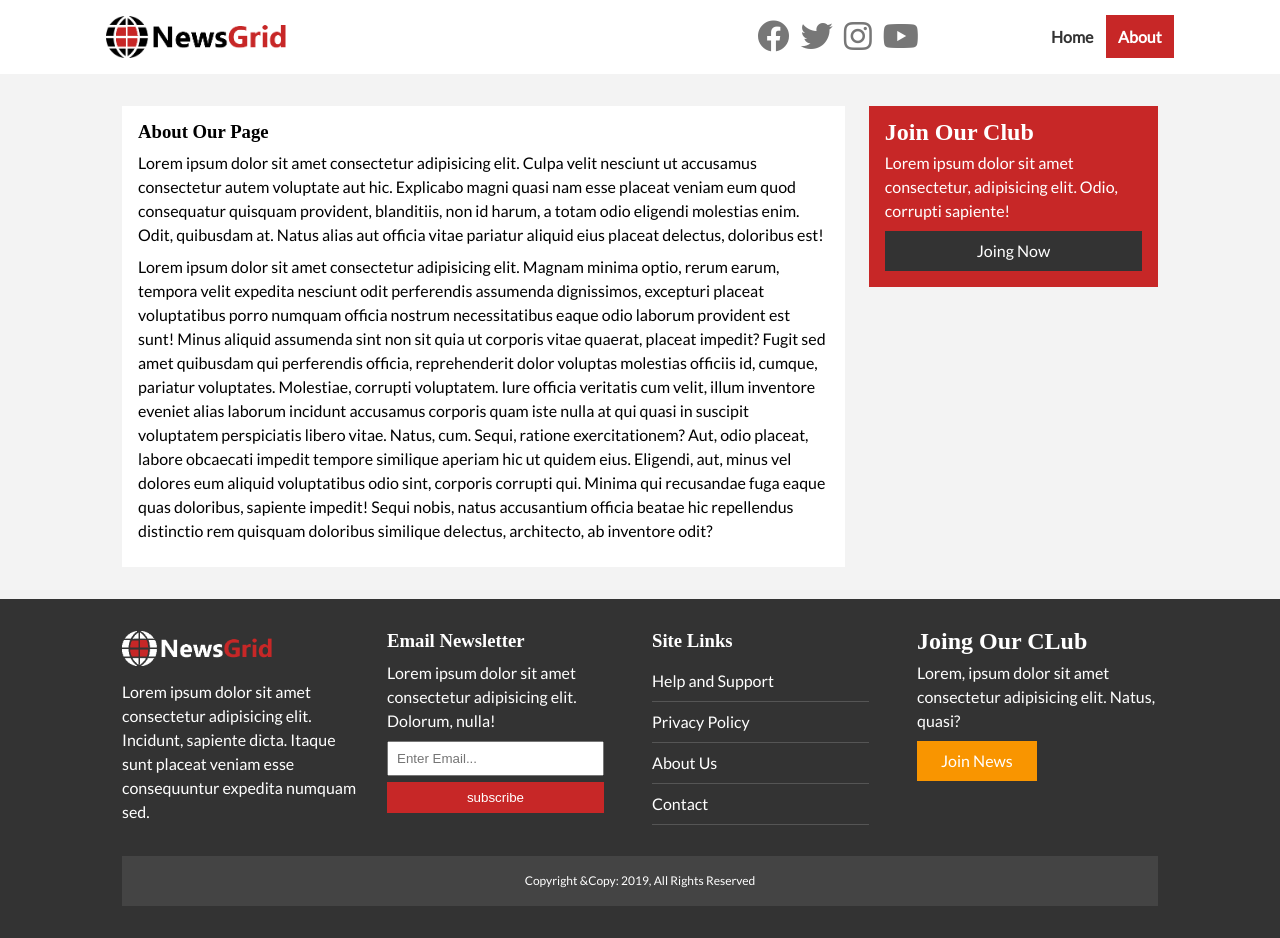
Repository: EswinGiova/NewsGrid
Page: about.html
The author's editor kept a copy of each file at every save. The page is drawn from the files as they stood at one save, then again after the next save.
The browser window is 1280 px wide. The pictures show the whole page.
Some web libraries are served in a nearby version.

Above is the page before, as saved 2020-09-20 19:28:06.

### about.html
<!DOCTYPE html>
<html lang="en">
  <head>
    <meta charset="UTF-8" />
    <meta name="viewport" content="width=device-width, initial-scale=1.0" />
    <link rel="shortcut icon" type="image/x-icon" href="favicon.ico" />
    <link
      href="https://fonts.googleapis.com/css2?family=Lato&family=Staatliches&display=swap"
      rel="stylesheet"
    />
    <link rel="stylesheet" href="./css/style.css" />
    <link
      rel="stylesheet"
      media="screen and (max-width: 768px)"
      href="./css/mobile.css"
    />

    <link
      rel="stylesheet"
      href="https://cdnjs.cloudflare.com/ajax/libs/font-awesome/5.14.0/css/all.min.css"
      integrity="sha512-1PKOgIY59xJ8Co8+NE6FZ+LOAZKjy+KY8iq0G4B3CyeY6wYHN3yt9PW0XpSriVlkMXe40PTKnXrLnZ9+fkDaog=="
      crossorigin="anonymous"
    />

    <title>NewsGrid | Latest News</title>
  </head>
  <body>
    <nav id="main-nav">
      <div class="container">
        <img src="./image_resources/logo.png" alt="" class="logo" />
        <div class="social">
          <a href="#" target="_blank"><i class="fab fa-facebook fa-2x"></i></a>
          <a href="#" target="_blank"><i class="fab fa-twitter fa-2x"></i></a>
          <a href="#" target="_blank"><i class="fab fa-instagram fa-2x"></i></a>
          <a href="#" target="_blank"><i class="fab fa-youtube fa-2x"></i></a>
        </div>
        <ul>
          <li><a href="./index.html">Home</a></li>
          <li><a href="./about.html" class="current">About </a></li>
        </ul>
      </div>
    </nav>

    <section id="about">
      <div class="container">
        <div class="page-container">
          <article class="card">
            <h1 class="l-heading">About Our Page</h1>
            <p>
              Lorem ipsum dolor sit amet consectetur adipisicing elit. Culpa
              velit nesciunt ut accusamus consectetur autem voluptate aut hic.
              Explicabo magni quasi nam esse placeat veniam eum quod consequatur
              quisquam provident, blanditiis, non id harum, a totam odio
              eligendi molestias enim. Odit, quibusdam at. Natus alias aut
              officia vitae pariatur aliquid eius placeat delectus, doloribus
              est!
            </p>
            <p>
              Lorem ipsum dolor sit amet consectetur adipisicing elit. Magnam
              minima optio, rerum earum, tempora velit expedita nesciunt odit
              perferendis assumenda dignissimos, excepturi placeat voluptatibus
              porro numquam officia nostrum necessitatibus eaque odio laborum
              provident est sunt! Minus aliquid assumenda sint non sit quia ut
              corporis vitae quaerat, placeat impedit? Fugit sed amet quibusdam
              qui perferendis officia, reprehenderit dolor voluptas molestias
              officiis id, cumque, pariatur voluptates. Molestiae, corrupti
              voluptatem. Iure officia veritatis cum velit, illum inventore
              eveniet alias laborum incidunt accusamus corporis quam iste nulla
              at qui quasi in suscipit voluptatem perspiciatis libero vitae.
              Natus, cum. Sequi, ratione exercitationem? Aut, odio placeat,
              labore obcaecati impedit tempore similique aperiam hic ut quidem
              eius. Eligendi, aut, minus vel dolores eum aliquid voluptatibus
              odio sint, corporis corrupti qui. Minima qui recusandae fuga eaque
              quas doloribus, sapiente impedit! Sequi nobis, natus accusantium
              officia beatae hic repellendus distinctio rem quisquam doloribus
              similique delectus, architecto, ab inventore odit?
            </p>
          </article>

          <aside class="card bg-primary">
            <h2>Join Our Club</h2>
            <p>
              Lorem ipsum dolor sit amet consectetur, adipisicing elit. Odio,
              corrupti sapiente!
            </p>
            <a href="#" class="btn btn-dark btn-block">Joing Now</a>
          </aside>
        </div>
      </div>
    </section>

    <!-- footer -->
    <footer id="main-footer" class="py-2">
      <div class="container footer-container">
        <div>
          <img src="./image_resources/logo_light.png" alt="news" />
          <p>
            Lorem ipsum dolor sit amet consectetur adipisicing elit. Incidunt,
            sapiente dicta. Itaque sunt placeat veniam esse consequuntur
            expedita numquam sed.
          </p>
        </div>
        <div>
          <h3>Email Newsletter</h3>
          <p>
            Lorem ipsum dolor sit amet consectetur adipisicing elit. Dolorum,
            nulla!
          </p>
          <form>
            <input type="email" placeholder="Enter Email..." />
            <input type="submit" value="subscribe" class="btn btn-primary" />
          </form>
        </div>
        <div>
          <h3>Site Links</h3>
          <ul class="list">
            <li><a href="#">Help and Support</a></li>
            <li><a href="#">Privacy Policy</a></li>
            <li><a href="#">About Us</a></li>
            <li><a href="#">Contact</a></li>
          </ul>
        </div>
        <div>
          <h2>Joing Our CLub</h2>
          <p>
            Lorem, ipsum dolor sit amet consectetur adipisicing elit. Natus,
            quasi?
          </p>
          <a href="#" class="btn btn-secondary">Join News</a>
        </div>
        <div>
          <p>Copyright &Copy: 2019, All Rights Reserved</p>
        </div>
      </div>
    </footer>
  </body>
</html>

### css/style.css
:root {
  --primary-color: #c72727;
  --secondary-color: #f99500;
  --light-color: #f3f3f3;
  --dark-color: #333;
  --max-width: 1100px;
}

.category {
  --sports-color: #f99500;
  --ent-color: #a66bbe;
  --tech-color: #009cff;
}
* {
  margin: 0;
  padding: 0;
  box-sizing: border-box;
}
body {
  font-family: 'Lato', sans-serif;
  line-height: 1.5;
  background: var(--light-color);
}

a {
  color: var(--dark-color);
  text-decoration: none;
}

ul {
  list-style: none;
}
p {
  margin: 0.5rem 0;
}

img {
  width: 100%;
}

h1,
h2,
h3,
h4,
h5,
h6 {
  font-family: 'Staaliches', cursive;
  margin-bottom: 0.55rem;
  line-height: 1.3rem;
}

/*  utility class */

.container {
  max-width: var(--max-width);
  margin: auto;
  padding: 0 2rem;
  overflow: hidden;
}

/* category */

.category {
  display: inline-block;
  color: #fff;
  font-size: 0.55rem;
  text-transform: uppercase;
  padding: 0.4rem 0.6rem;
  border-radius: 15px;
  margin-bottom: 0.5rem;
}

.category-sports {
  background: var(--sports-color);
}
.category-ent {
  background: var(--ent-color);
}
.category-tech {
  background: var(--tech-color);
}

/* btn */

.btn {
  display: inline-block;
  border: none;
  background: var(--dark-color);
  color: #fff;
  padding: 0.5rem 1.5rem;
}

.btn-light {
  background: var(--light-color);
}
.btn-primary {
  background: var(--primary-color);
}
.btn-secondary {
  background: var(--secondary-color);
}
.btn:hover {
  opacity: 0.8;
}

.btn-block {
  display: block;
  width: 100%;
  text-align: center;
}

/* cards */

.card {
  background: white;
  padding: 1rem;
}

.bg-dark {
  background: var(--dark-color);
  color: white;
}
.bg-primary {
  background: var(--primary-color);
  color: white;
}
.bg-secondary {
  background: var(--secondary-color);
  color: #fff;
}
.py-1 {
  padding: 1.5rem 0;
}
.py-2 {
  padding: 2rem 0;
}
.py-3 {
  padding: 3rem 0;
}
.p-1 {
  padding: 1.5rem;
}
.p-2 {
  padding: 2rem;
}
.p-3 {
  padding: 3rem;
}

.bg-dark h1,
.bg-dark h2,
.bg-dark h3,
.bg-dark a,
.bg-primary h1,
.bg-primary h2,
.bg-primary h3,
.bg-primary a,
.bg-secondary h1,
.bg-secondary h2,
.bg-secondary h3,
.bg-secondary a {
  color: #fff;
}

.list li {
  padding: 0.5rem 0;
  border-bottom: 1px solid #555;
  width: 90%;
}
.list li a:hover {
  color: var(--primary-color) !important;
}

/* inner page container */
.page-container {
  display: grid;
  grid-template-columns: 5fr 2fr;
  margin: 2rem 0;
  grid-gap: 1.5rem;
}
.page-container > *:first-child {
  grid-row: 1 / span 3;
}

/* Navigation */
#main-nav {
  background: #fff;
  position: sticky;
  top: 0;
  z-index: 2;
}

#main-nav .container {
  display: grid;
  grid-template-columns: 6fr 3fr 2fr;
  padding: 1rem;
  align-items: center;
}

#main-nav .logo {
  width: 180px;
}

#main-nav ul {
  display: flex;
  justify-self: end;
}

#main-nav ul li a {
  padding: 0.77rem;
  font-weight: bold;
}

#main-nav ul li .current {
  background: var(--primary-color);
  color: white;
}

#main-nav ul li .current:hover {
  background: var(--light-color);
  color: var(--dark-color);
}
#main-nav .social {
  justify-self: center;
}

#main-nav .social i {
  color: #777;
  margin-left: 0.5rem;
}

/* showcase */
#showcase {
  background: #333;
  color: #fff;
  position: relative;
}

#showcase:before {
  content: '';
  background: url('../image_resources/featured.jpg') center center/cover;
  position: absolute;
  top: 0;
  left: 0;
  width: 100%;
  height: 100%;
  opacity: 0.4;
}
#showcase .showcase-container {
  height: 50vh;
  display: grid;
  grid-template-columns: repeat(2, 1fr);
  justify-content: center;
  align-content: center;
}
#showcase .showcase-container .showcase-content {
  z-index: 2;
  text-align: justify;
}
#showcase .showcase-container .showcase-content p {
  margin: 1rem 0;
}
/* Home Articles  */

#home-articles .articles-container {
  display: grid;
  grid-template-columns: repeat(3, 1fr);
  grid-gap: 1rem;
}

#home-articles .articles-container > *:first-child,
#home-articles .articles-container > *:last-child {
  display: grid;
  grid-template-columns: repeat(2, 1fr);
  grid-column: 1 / span 2;
  grid-gap: 1rem;
  align-items: center;
}
#home-articles .articles-container > *:last-child {
  grid-column: 2 / span 2;
}

/* footer */
#main-footer {
  background: var(--dark-color);
  color: #fff;
}

#main-footer img {
  width: 150px;
}

#main-footer a {
  color: #fff;
}

#main-footer .footer-container {
  display: grid;
  grid-template-columns: repeat(4, 1fr);
  grid-gap: 1.5rem;
}

#main-footer .footer-container > *:last-child {
  grid-column: 1 / span 4;
  text-align: center;
  background: #444;

  font-size: 0.75rem;
  padding: 0.5rem;
}

#main-footer .footer-container input[type='email'] {
  width: 90%;
  padding: 0.5rem;
  margin-bottom: 0.4rem;
}

#main-footer .footer-container input[type='submit'] {
  width: 90%;
}

/* about our page  */

Loaded but not shown: css/mobile.css (no copy from this time; the picture is the same without it)

After the next save:
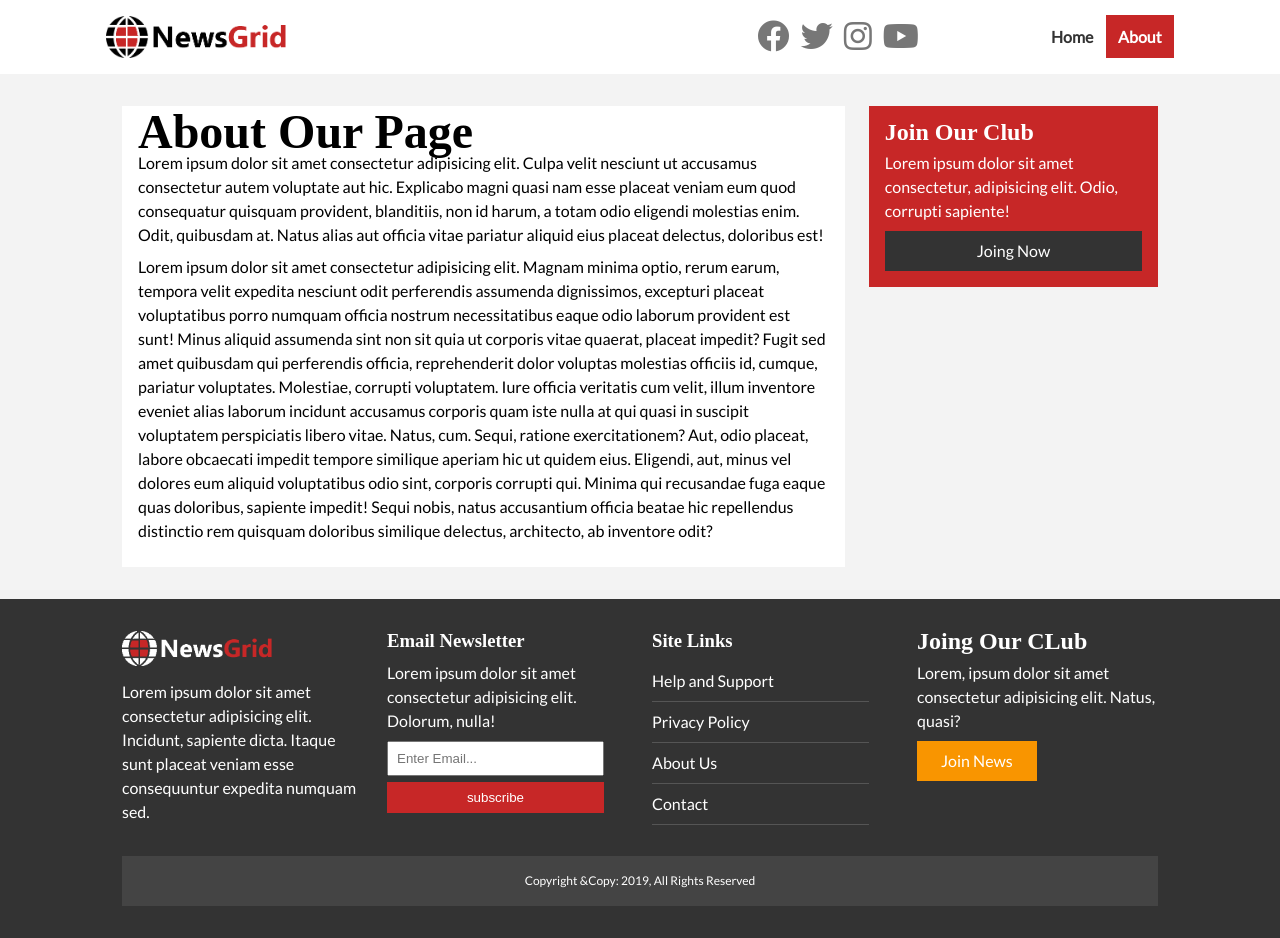
Saved 2 min 29 s later.
--- a/css/style.css
+++ b/css/style.css
@@ -145,6 +145,10 @@ h6 {
 }
 .p-3 {
   padding: 3rem;
+}
+
+.l-heading {
+  font-size: 3rem;
 }
 
 .bg-dark h1,
